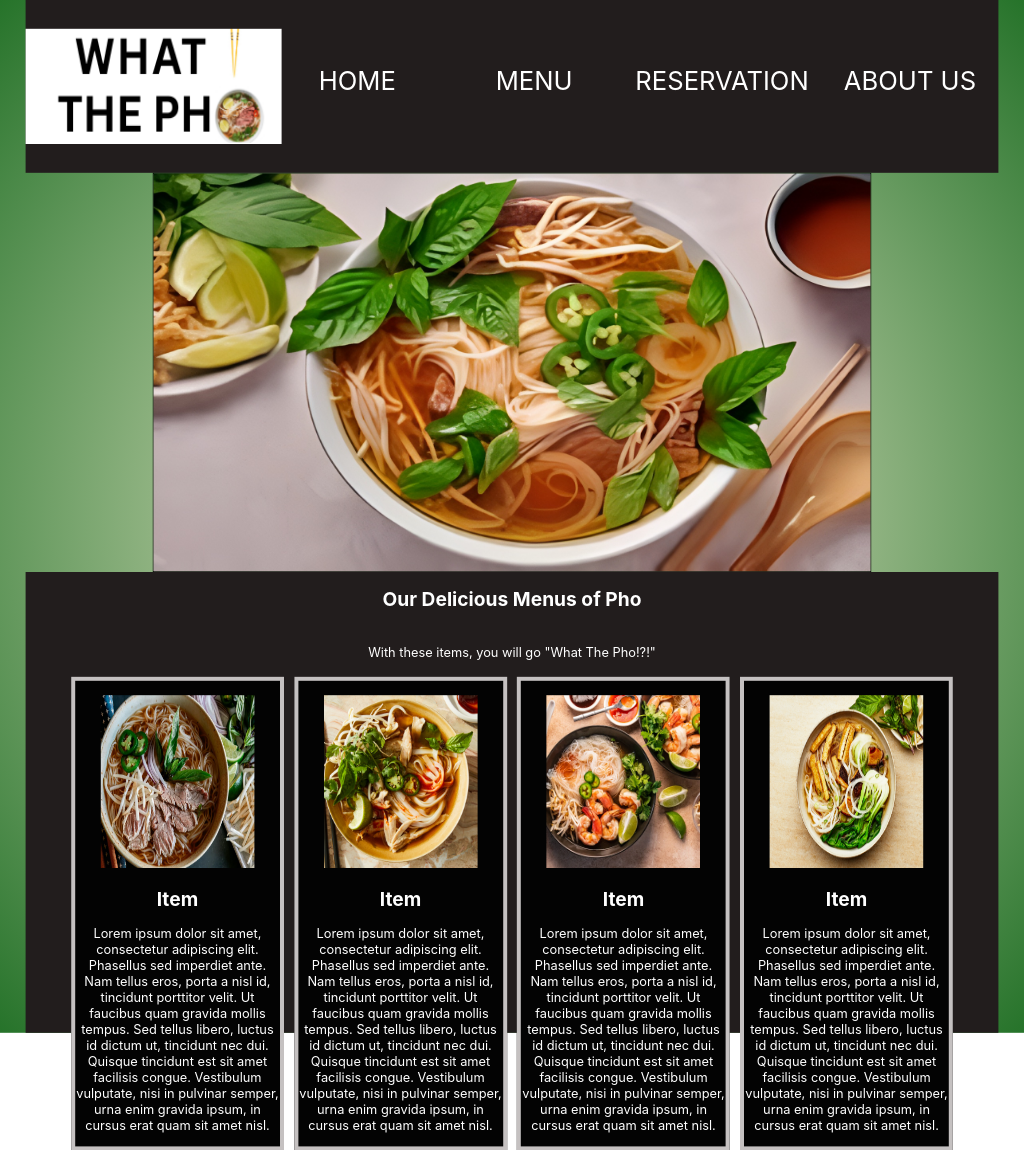
Repository: NguyenkhDang/Restaurant-Website
Page: /
These files come from the project's save history. The page is drawn as it stood at one moment and after the next save; the edit follows.
The browser window is 1280 px wide. The pictures show the whole page, at 80% of full size.
The project was rebuilt for these pictures with package versions that can differ from the ones it lists, and the page was loaded fresh each time.

Above is the page before, as saved 2026-01-15 23:28:19.

### src/App.js
import BackgroundImage from "./image/pho.jpg"
import BeefPho from "./image/beefPho.png"
import ChickenPho from "./image/chickenPho.jpg"
import ShrimpPho from "./image/shrimpPho.png"
import VeganPho from "./image/veganPho.jpg"
import './App.css';
import NavigationBar from './NavigationBar';
function App() {
  return (
    <div className="home">
      <NavigationBar />
      <img
        src={BackgroundImage}
        style={{maxWidth: "70vw", height: "auto", border: "1px solid black"}}
        alt="Pho Photo"
        />


      <div className="menu">
        <h2>Our Delicious Menus of Pho</h2>
        <p>With these items, you will go "What The Pho!?!"</p>
        <div className="foodContainer">
          <div>
            <img  src={BeefPho}
                  style={{width: "15vw", height: "30vh"}}/>
            <h2>Item</h2>
            <p>Lorem ipsum dolor sit amet, consectetur adipiscing elit. Phasellus sed imperdiet ante. Nam tellus eros, porta a nisl id, tincidunt porttitor velit. Ut faucibus quam gravida mollis tempus. Sed tellus libero, luctus id dictum ut, tincidunt nec dui. Quisque tincidunt est sit amet facilisis congue. Vestibulum vulputate, nisi in pulvinar semper, urna enim gravida ipsum, in cursus erat quam sit amet nisl. </p>
          </div>
          <div>
            <img  src={ChickenPho}
                  style={{width: "15vw", height: "30vh"}}/>
            <h2>Item</h2>
            <p>Lorem ipsum dolor sit amet, consectetur adipiscing elit. Phasellus sed imperdiet ante. Nam tellus eros, porta a nisl id, tincidunt porttitor velit. Ut faucibus quam gravida mollis tempus. Sed tellus libero, luctus id dictum ut, tincidunt nec dui. Quisque tincidunt est sit amet facilisis congue. Vestibulum vulputate, nisi in pulvinar semper, urna enim gravida ipsum, in cursus erat quam sit amet nisl. </p>
          </div>
          <div>
            <img  src={ShrimpPho}
                  style={{width: "15vw", height: "30vh"}}/>
            <h2>Item</h2>
            <p>Lorem ipsum dolor sit amet, consectetur adipiscing elit. Phasellus sed imperdiet ante. Nam tellus eros, porta a nisl id, tincidunt porttitor velit. Ut faucibus quam gravida mollis tempus. Sed tellus libero, luctus id dictum ut, tincidunt nec dui. Quisque tincidunt est sit amet facilisis congue. Vestibulum vulputate, nisi in pulvinar semper, urna enim gravida ipsum, in cursus erat quam sit amet nisl. </p>
          </div>
          <div>
            <img  src={VeganPho}
                  style={{width: "15vw", height: "30vh"}}/>
            <h2>Item</h2>
            <p>Lorem ipsum dolor sit amet, consectetur adipiscing elit. Phasellus sed imperdiet ante. Nam tellus eros, porta a nisl id, tincidunt porttitor velit. Ut faucibus quam gravida mollis tempus. Sed tellus libero, luctus id dictum ut, tincidunt nec dui. Quisque tincidunt est sit amet facilisis congue. Vestibulum vulputate, nisi in pulvinar semper, urna enim gravida ipsum, in cursus erat quam sit amet nisl. </p>
          </div>
        </div>
      </div>
  </div>
);
}

export default App;

### src/App.css
.home {
  display: grid;
  margin: 0;
  padding: 0;

  background: radial-gradient(
    circle,
    rgba(245, 240, 213, 1) 0%,
    rgba(38, 115, 42, 1) 100%
  );
  place-items: center;
  text-align: center;
  color: white;
}

.menu {
  display: grid;
  grid-template-rows: repeat(3, 1fr);
  place-items: center;
  gap: 5px;

  width: 95vw;
  height: 80vh;
  margin: 0 2vw;

  background-color: rgb(34, 29, 29);
}

.foodContainer {
  display: grid;
  grid-template-columns: repeat(4, 1fr);
  place-items: center;
  gap: 1vw;
}

.foodContainer div {
  width: 20vw;
  padding-top: 2.5vh;

  background-color: rgb(3, 3, 3);
  border: 5px solid rgb(197, 193, 193);
}

### src/NavigationBar.js
import "./CSS/NavigationBar.css"
import Logo from "./image/CustomLogo2.png"
const NavigationBar = () =>{



  return (
    <div className="navbar">
      <div className="logoImage">
        <img src= {Logo} />
      </div>
      <div className="wholeNavBar">
        <ul>
          <li>
            <a>HOME</a>
          </li>
          <li>
            <a>MENU</a>
          </li>
          <li>
            <a>RESERVATION</a>
          </li>
          <li>
            <a>ABOUT US</a>
          </li>
        </ul>

      </div>
    </div>
  )


}

export default NavigationBar

### src/CSS/NavigationBar.css
.navbar{
  background-color: rgb(34, 29, 29);
  display: grid;
  grid-template-columns: 25% 75%;
  width: 95vw;
  height: 25vh;
  padding-top: 5vh;
}
.wholeMavBar{
  float: right;
  height: 10vh;
}

.logoImage img{
  height: 20vh;
  width: 25vw;
  object-fit: fill;
  object-position: center;
}

ul{
  align-items: center;
  list-style-type: none;
  display: grid;
  place-items: center;
  grid-template-columns: 1fr 1fr 1fr 1fr;
  margin-top: 5%;
  padding: 0;
}
li a{
  font-size: 2em;
  text-align: center;
  padding: 14px 16px;
}

li a:hover{
  background-color: #c5b1b1;
}

Loaded but not shown: public/index.html (common file); src/index.js (common file); src/index.css (common file); src/reportWebVitals.js (common file)

After the next save:
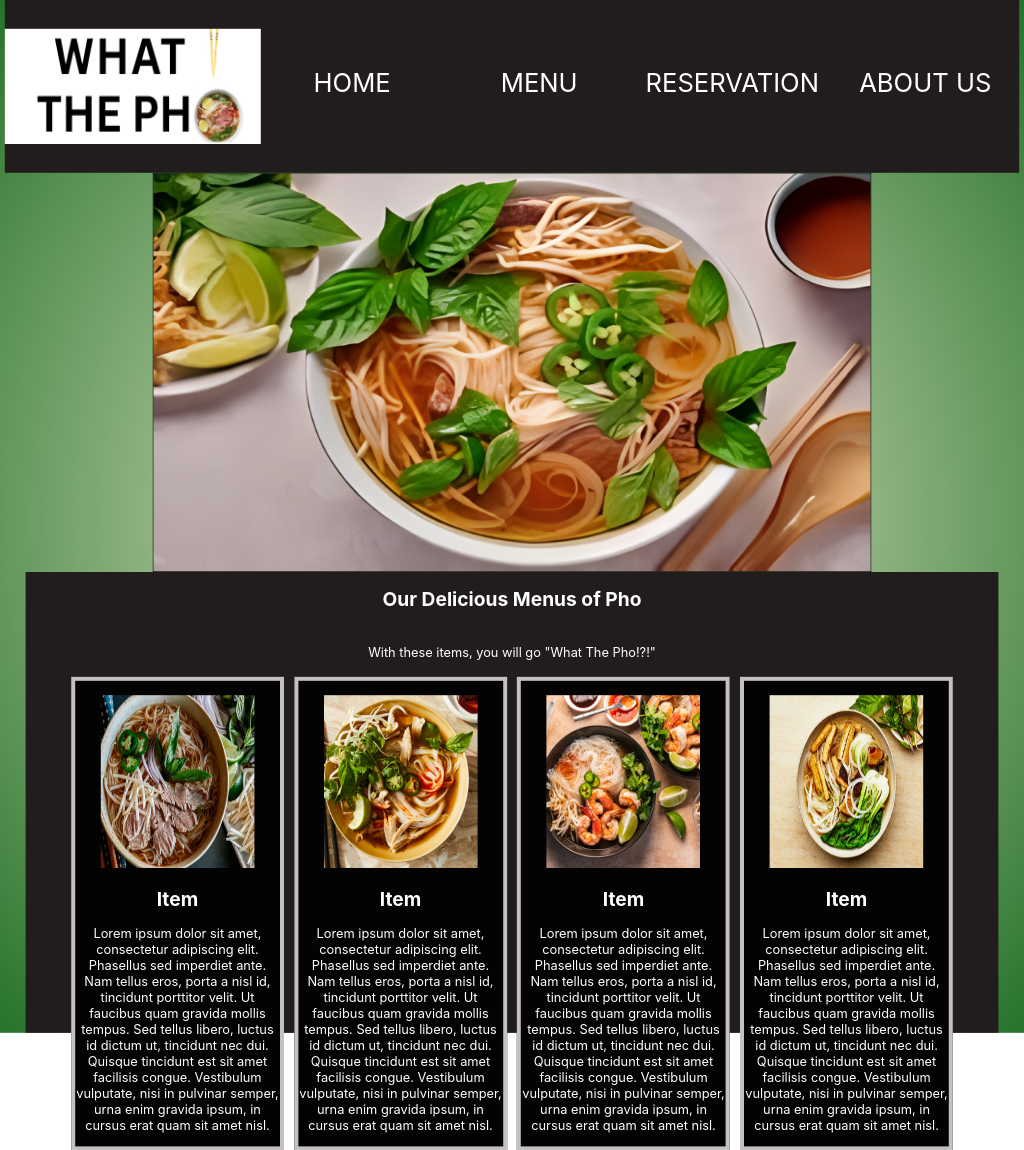
Saved 7 s later.
--- a/src/CSS/NavigationBar.css
+++ b/src/CSS/NavigationBar.css
@@ -2,7 +2,7 @@
   background-color: rgb(34, 29, 29);
   display: grid;
   grid-template-columns: 25% 75%;
-  width: 95vw;
+  width: 99vw;
   height: 25vh;
   padding-top: 5vh;
 }
